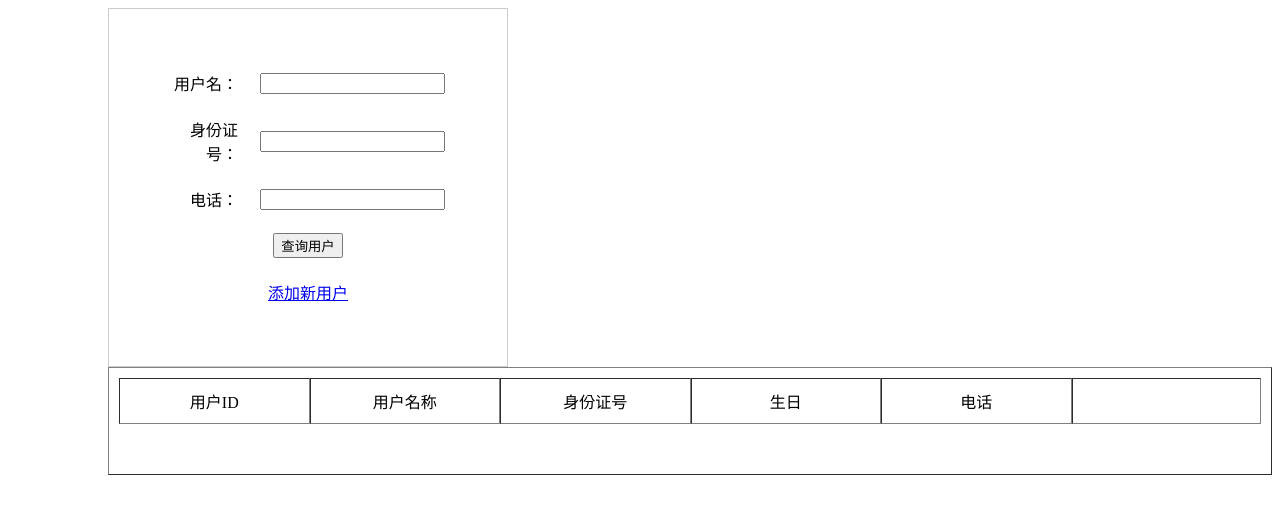
Repository: showmore/study
Page: http://localhost/MyWebProject/
These files come from the project's save history. The page is drawn as it stood at one moment and after the next save; the edit follows.
The browser window is 1280 px wide. The pictures show the whole page.
The page is served by Tomcat 9.

Above is the page before, as saved 2018-12-23 14:38:10.

After the next save:
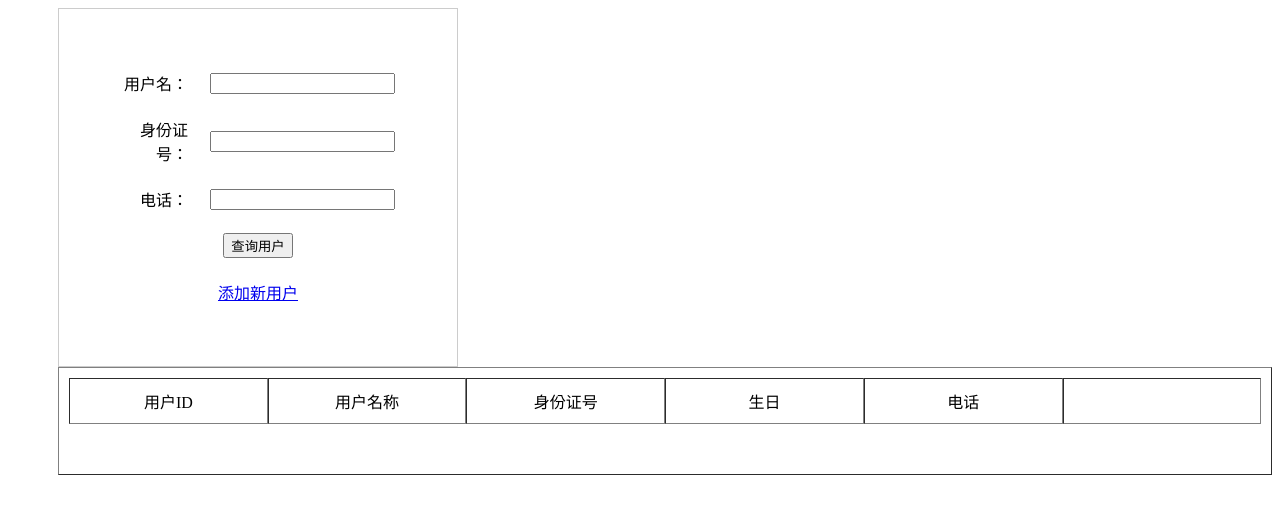
Saved 2 min 11 s later.
--- a/MyWebProject/WebContent/index.jsp
+++ b/MyWebProject/WebContent/index.jsp
@@ -22,7 +22,7 @@
 <body>
 	<form action="<%=request.getContextPath()%>/query.udo">
 		<table
-			style="margin: 0 100px; padding: 50px; border: 1px #ccc solid; width: 400px;">
+			style="margin: 0 50px; padding: 50px; border: 1px #ccc solid; width: 400px;">
 			<tr>
 				<td style="text-align: right;">用户名：</td>
 				<td style="text-align: left;"><input type="text"
@@ -55,7 +55,7 @@
 
 
 
-	<table style="margin-left:100px; padding:10px;" border="1" cellpadding="0" cellspacing="0">
+	<table style="margin-left:50px; padding:10px;" border="1" cellpadding="0" cellspacing="0">
 		<tr>
 			<td>用户ID</td><td>用户名称</td><td>身份证号</td><td>生日</td><td>电话</td><td></td>
 		</tr>
